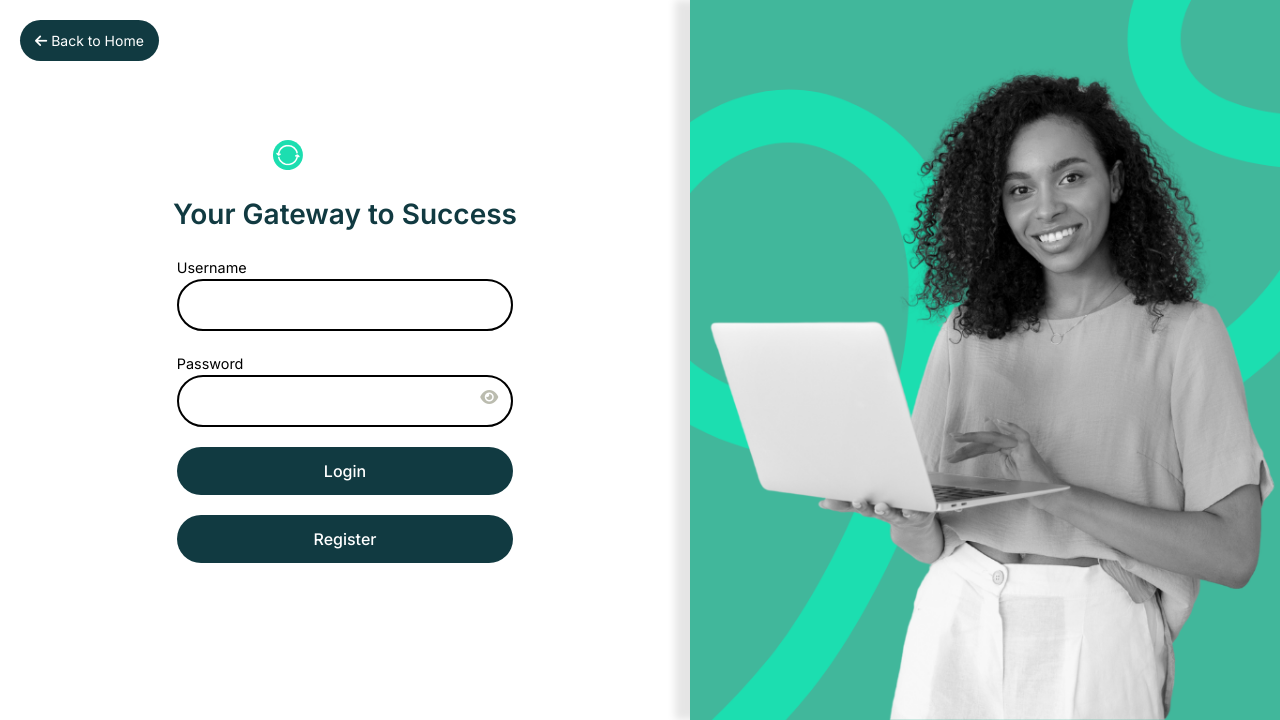
Repository: AbdullahScriptStudio/TalentSync
Page: http://localhost/people/login/
An editor plug-in stored every save of this project. The page is shown before and after a run of saves, followed by the edit.
The browser window is 1280 px wide. The pictures show the whole page.
Some web libraries are served in a nearby version. The page is served by the project's application, run on Django 5.2 (manage.py).

Above is the page before, as saved 2025-03-27 00:03:26.

After the next 3 saves:
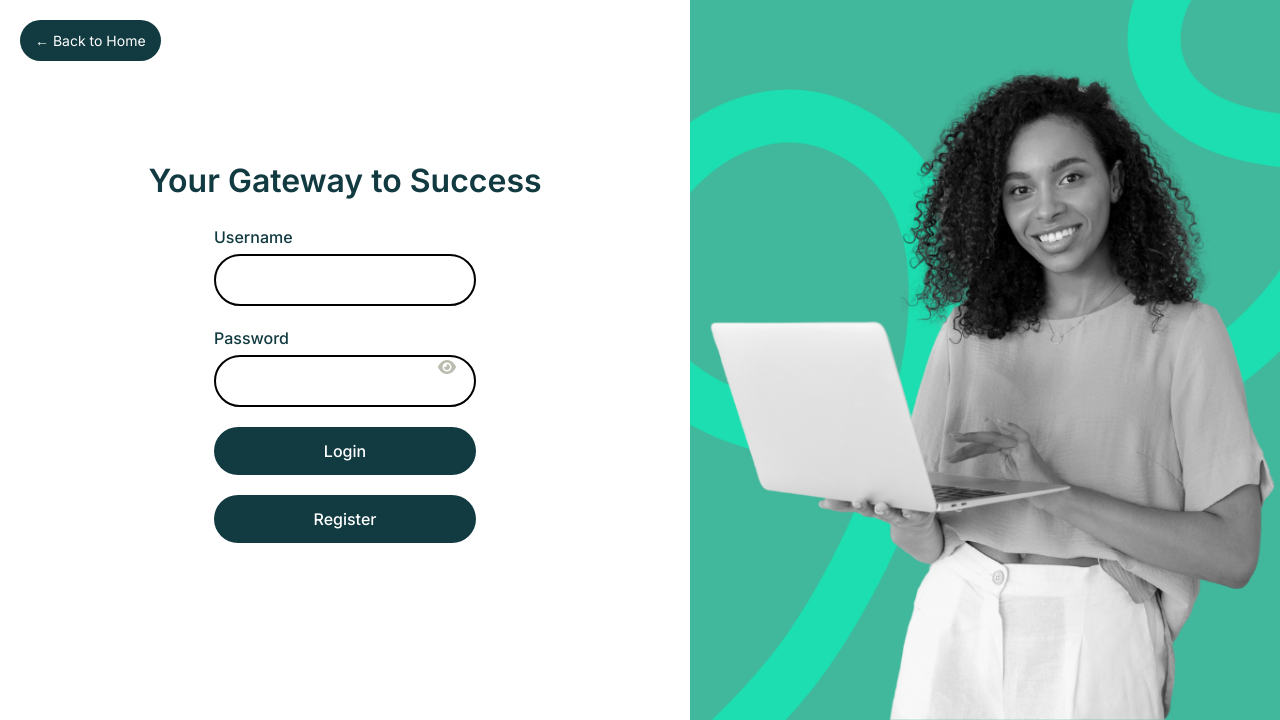
The 3 saves are shown as one change because 2 did not build or start.
The last was saved 2 min 48 s later.
--- a/people/templates/people/login.html
+++ b/people/templates/people/login.html
@@ -56,13 +56,8 @@
             align-items: center;
         }
 
-        .login-section img {
-            width: 150px;
-            margin-bottom: 20px;
-        }
-
         .login-section h1 {
-            font-size: 28px;
+            font-size: 32px;
             font-weight: 600;
             color: #113a41;
             text-align: center;
@@ -73,11 +68,15 @@
             margin-bottom: 20px;
             position: relative;
             width: 100%;
+            max-width: 400px;
         }
 
         .form-group label {
-            font-weight: 400;
-            font-size: 0.9rem;
+            font-size: 16px;
+            font-weight: 500;
+            color: #113a41;
+            display: block;
+            margin-bottom: 5px;
         }
 
         .form-group input {
@@ -89,98 +88,92 @@
             font-size: 16px;
         }
 
+        .form-group .toggle-password {
+            position: absolute;
+            right: 20px;
+            top: 50%;
+            transform: translateY(-50%);
+            cursor: pointer;
+            color: #bbbcaf;
+        }
+
         .form-group button {
             background-color: #113a41;
             color: white;
-            padding: 12px 18px;
+            padding: 12px 15px;
             border: none;
             border-radius: 40px;
             cursor: pointer;
             width: 100%;
             font-size: 16px;
             font-weight: 500;
+            transition: background-color 0.3s;
         }
 
-        .form-group .toggle-password {
-            position: absolute;
-            right: 15px;
-            top: 60%;
-            transform: translateY(-50%);
-            cursor: pointer;
-            color: #bbbcaf;
+        .form-group button:hover {
+            background-color: #0d2e35;
         }
 
         .image-section {
             flex: 1;
-            background-image: url('{% static "images/login.svg" %}');
+            background-image: url({% static 'images/login.svg' %});
             background-size: cover;
             background-position: center;
             position: relative;
-            box-shadow: -15px 0px 8px rgba(0, 0, 0, 0.1);
         }
 
-        .error-message {
-            color: red;
-            font-size: 14px;
-            margin-bottom: 10px;
+        @media (max-width: 768px) {
+            .container {
+                flex-direction: column;
+            }
+
+            .image-section {
+                display: none;
+            }
         }
     </style>
 </head>
 
 <body>
-
-    <!-- Back to Home Button -->
-    <a href="#" class="back-button">
-        <i class="fas fa-arrow-left"></i> Back to Home
-    </a>
+    <a href="{% url 'user_login' %}" class="back-button">← Back to Home</a>
 
     <div class="container">
-        <!-- Login Section -->
         <div class="login-section">
-            <img src="{% static 'images/logo.svg' %}" alt="TalentSync Logo">
             <h1>Your Gateway to Success</h1>
-
-            <!-- Login Form -->
             <form method="POST">
                 {% csrf_token %}
-
-                <!-- Show errors if login fails -->
-                {% if form.errors %}
-                <div class="error-message">
-                    Invalid username or password. Please try again.
-                </div>
-                {% endif %}
-
                 <div class="form-group">
                     <label for="username">Username</label>
                     <input type="text" id="username" name="username" required>
                 </div>
-
                 <div class="form-group">
                     <label for="password">Password</label>
                     <input type="password" id="password" name="password" required>
                     <i class="fas fa-eye toggle-password" id="togglePassword"></i>
                 </div>
-
                 <div class="form-group">
                     <button type="submit">Login</button>
                 </div>
-
                 <div class="form-group">
                     <button type="button" onclick="window.location.href='{% url 'register' %}'">Register</button>
                 </div>
             </form>
         </div>
-
-        <!-- Image Section -->
         <div class="image-section"></div>
     </div>
 
     <script>
-        // Toggle Password Visibility
         document.getElementById("togglePassword").addEventListener("click", function () {
             var passwordField = document.getElementById("password");
-            passwordField.type = passwordField.type === "password" ? "text" : "password";
+            if (passwordField.type === "password") {
+                passwordField.type = "text";
+                this.classList.remove("fa-eye");
+                this.classList.add("fa-eye-slash");
+            } else {
+                passwordField.type = "password";
+                this.classList.remove("fa-eye-slash");
+                this.classList.add("fa-eye");
+            }
         });
     </script>
 </body>
